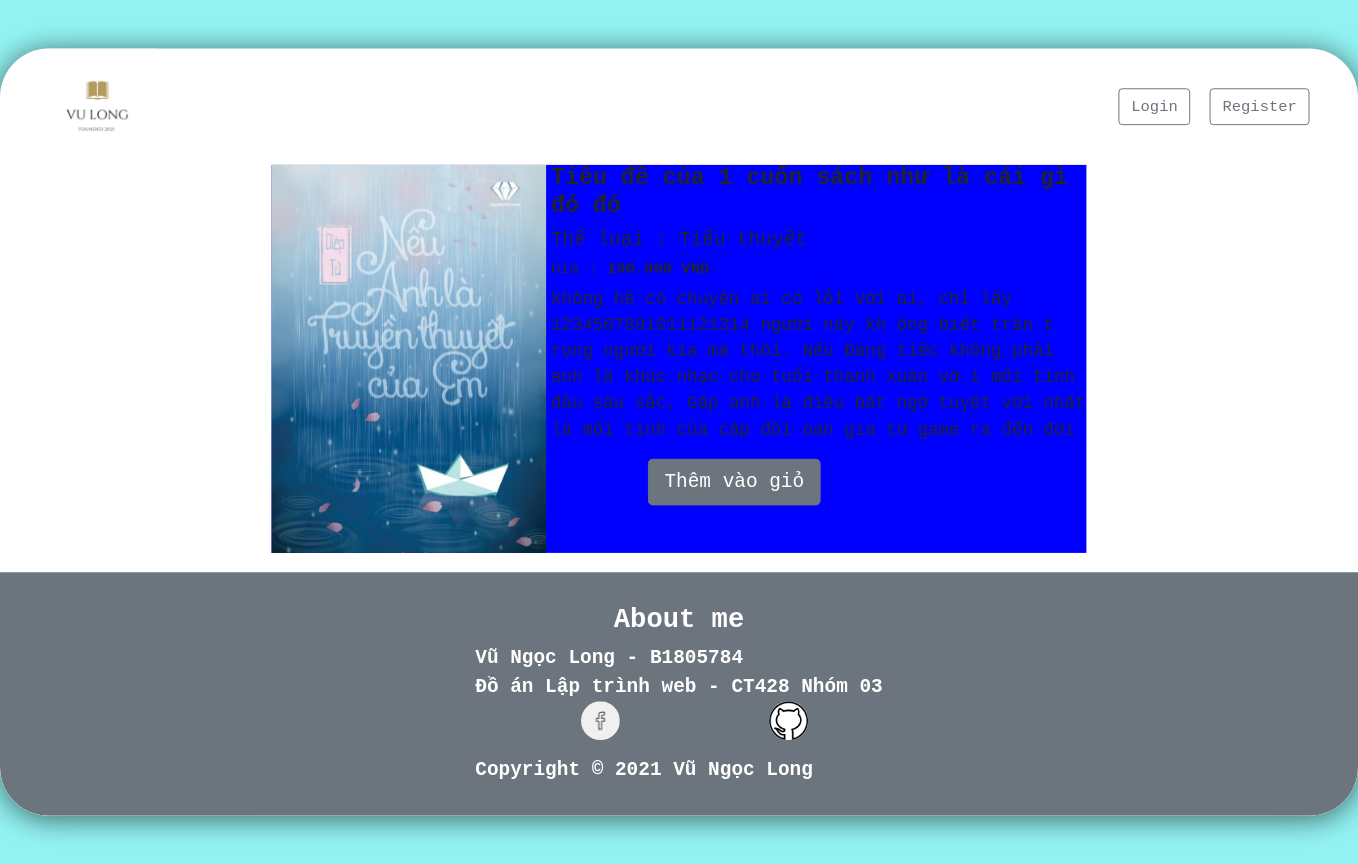
Repository: VuNgocLong2626/exercise_web_CT428
Page: VuNgocLongB1805784/user/chitiet.html
These files come from the project's save history. The page is drawn as it stood at one moment and after the next save; the edit follows.
The browser window is 1280 px wide. The page is 1400 px wide, so the pictures cover 1400 px, including what lies to the right of the window. The pictures show the whole page, at 97% of full size.

Above is the page before, as saved 2021-10-04 20:25:14.

### VuNgocLongB1805784/user/chitiet.html
<!DOCTYPE html>
<html lang="en">
<head>
    <meta charset="UTF-8">
    <meta http-equiv="X-UA-Compatible" content="IE=edge">
    <meta name="viewport" content="width=device-width, initial-scale=1.0">
    <link href="https://cdn.jsdelivr.net/npm/bootstrap@5.0.2/dist/css/bootstrap.min.css" rel="stylesheet" integrity="sha384-EVSTQN3/azprG1Anm3QDgpJLIm9Nao0Yz1ztcQTwFspd3yD65VohhpuuCOmLASjC" crossorigin="anonymous">
    <link rel="stylesheet" href="./css/test.css">
    <title>Chi Tiết Sản Phẩm</title>
</head>
<body>
    <div class="main-contens">
        <div class="header">
            <img src="./image/logo120.png" alt="hinh logo" style="margin-left: 40px;">
            <div class="from-individual">
                <button type="button" class="btn btn-outline-secondary" style="margin-right: 20px;">Login</button>
                <button type="button" class="btn btn-outline-secondary">Register</button>
            </div>
        </div>

        <div style="width: 60%;background-color: blue;" class="from-detail">
            <div class="row">
                <div class="col-4">
                    <img src="./image/TT1.jpg" alt="" style="height: 400px;">
                </div>
                <div class="col-8">
                    <h4 style="font-weight: bold;">Tiêu đề của 1 cuốn sách như là cái gì đó đó</h4>
                    <h5>Thể loại : Tiểu thuyết</h5>
                    <h6>Giá : <b>190.000 VND</b></h6>
                    <p style="font-size: 18px;">không hề có chuyện ai có lỗi với ai, chỉ lấy 1234567891011121314 người này kh
                        ông biết trân t rọng người kia mà thôi. Nếu Đáng tiếc không phải anh là khúc nhạc cho tuổi thanh xuân vớ
                        i mối tình đầu sâu sắc, Gặp anh là điều bất ngờ tuyệt vời nhất là mối tình của cặp đôi oan gia từ game ra đến đời
                    </p>
                    <a href="#" class="btn btn-secondary btn-lg" style="margin-left: 100px;">Thêm vào giỏ</a>
                </div>
            </div>
        </div>

        <footer>
            <h3 style="font-weight: bold;">About me</h3>
            <div class=>
                <div>Vũ Ngọc Long - B1805784
                    <br>
                    Đồ án Lập trình web - CT428 Nhóm 03
                </div>
                <ul style="list-style: none; display: flex;">
                    <li><a href="#" target="_blank"><img src="./image/fb.png" alt="Github icon" style="width: 40px;height: 40px; border-radius: 200px;"></a></li>
                    <li><a href="#" target="_blank"><img src="./image/github.png" alt="Linked icon" style="width: 40px;height: 40px; border-radius: 200px;"></a></li>
                </ul>
                <div>
                    Copyright © 2021 Vũ Ngọc Long
                </div>
            </div>
        </footer>
    </div>
</body>
</html>

### VuNgocLongB1805784/user/css/test.css
* {
    margin: 0;
    padding: 0;
    box-sizing: border-box;
  }

body{
    font-family: 'Courier New', Courier, monospace;
    /* font-family: 'Times New Roman', Times, serif; */
    background-color: rgb(147, 243, 243);
}

.main-contens{
    overflow: auto;
    display: block;
    width: 1400px;
    height: 100%;
    background-color: white;
    margin: 50px auto;
    border-radius: 50px;
    box-shadow:0 3px 30px 0 rgba(0, 0, 0, 0.6);
}

/* header{
    z-index: 1200;
    position: -webkit-sticky;
    position: sticky;
    background-color: red;
    width: 100%;
    height: 100px;
} */

.header{

    position: -webkit-sticky;
    position: sticky;
    height: 120px;
    width: 100%;
    /* background-color: brown;  */
    z-index: 3333;
    justify-content: space-between;
    display: flex;
    align-items: center;
    left: 0;
    top: 0;
}

.from-individual{
    justify-content: flex-end;
    display: flex;
    margin-right: 50px;
}

/* .fa{
    display: inline-block;
    font: normal normal normal 14px/1 FontAwesome;
    text-rendering: auto;
    -webkit-font-smoothing: antialiased;
}

.fa-login{
    content: "\f090";
} */

.login{
    padding: 10px;
}

.register{
    padding: 10px;
}

.main-contens .baner{
    display: flexbox;
    margin: auto;
    /* background: violet; */
    background-image: none;
    background-repeat: no-repeat;
    background-position: center center;
    background-size: cover;
    width: 95%;
    height: 484px;
    margin: auto;
    margin-top: 20px;

}
.baner img{
    box-shadow:0 3px 20px 0 rgba(0, 0, 0, 0.6);
    border-radius: 100px;
    display: block;
    width: 100%;
    height: 474px;
}


.selling-products{
    overflow: auto;
    margin-top: 20px;
    /*  background-color: lawngreen; */
    width: 100%;
    height: 450px;
    /* display: flex; */
}

.selling-products .selling{
    width: 47%;
    height: 320px;
    overflow: auto;
    background-color: #f1f1f1;
    margin: 10px auto;
    box-shadow:0 3px 10px 0 rgba(0, 0, 0, 0.6);
    border-radius: 20px;
    /* padding: 20px; */
    /* font-size: 30px; */
}

.row-style{
    width: 658px;
    height: 320px;
}

.selling-products .title{
    display: block;
    width: 100%;
    height: 15%;
    /* background-color: #f1f1f1; */
    margin: 10px auto;
    padding-left: 40px;
    font-size: 35px;
    font-weight: bold;
    color: #6c757d;

}

.information-hot{
    display: flex;
    width: 100%;
    height: 350px;
}

.title-hot{
    margin: 20px 0;
    font-size: 20px;
    font-weight: bold;
}

.content-hot{
    height: 210px;
    width: 360px;
    overflow: auto;
}

.btn-hot{
    margin: 0 60px;
    font-size: 18px;
    width: 200px;
}

.all-products{
    overflow: auto;
    margin-top: 40px;
    /* background-color: red; */
    width: 100%;
    height: 1500px;
}

.all-products nav{
    overflow: auto;
    margin-top: 10px;
    width: 100%;
    height: 50px;
    /* background-color: rgb(52, 226, 12); */
    display: flex;
    justify-content: center;
}

nav > button{
    margin: 0 20px;
}

.all-products .products{
    /* display: flexbox; */
    overflow: auto;
    width: 100%;
    height: 1400px;
    /* background-color: gold; */
    /* justify-items: center;
    align-content: center; */
    padding-left: 60px;
}

.books{
    overflow: auto;
    float: left;
    width: 22%;
    height: 420px;
    background-color: #f1f1f1;
    margin: 13px 13px;
    border-radius: 20px;
}

.books:hover{
    box-shadow:0 3px 10px 0 rgba(0, 0, 0, 0.6);
    border-radius: 20px;
}

footer{
    height: 251px;
    border-radius: 0 0 50px 50px;
    width: 100%;
    background-color: #6c757d;
    margin-top: 20px;
    padding: 30px 0;
    display: flex;
    flex-direction: column;
    justify-content: center;
    align-items: center;
    color: white;
    font-size: 20px;
    font-weight: bold;
}

footer li{
    margin: auto;
}

.from-detail{
    margin: auto;
}

After the next save:
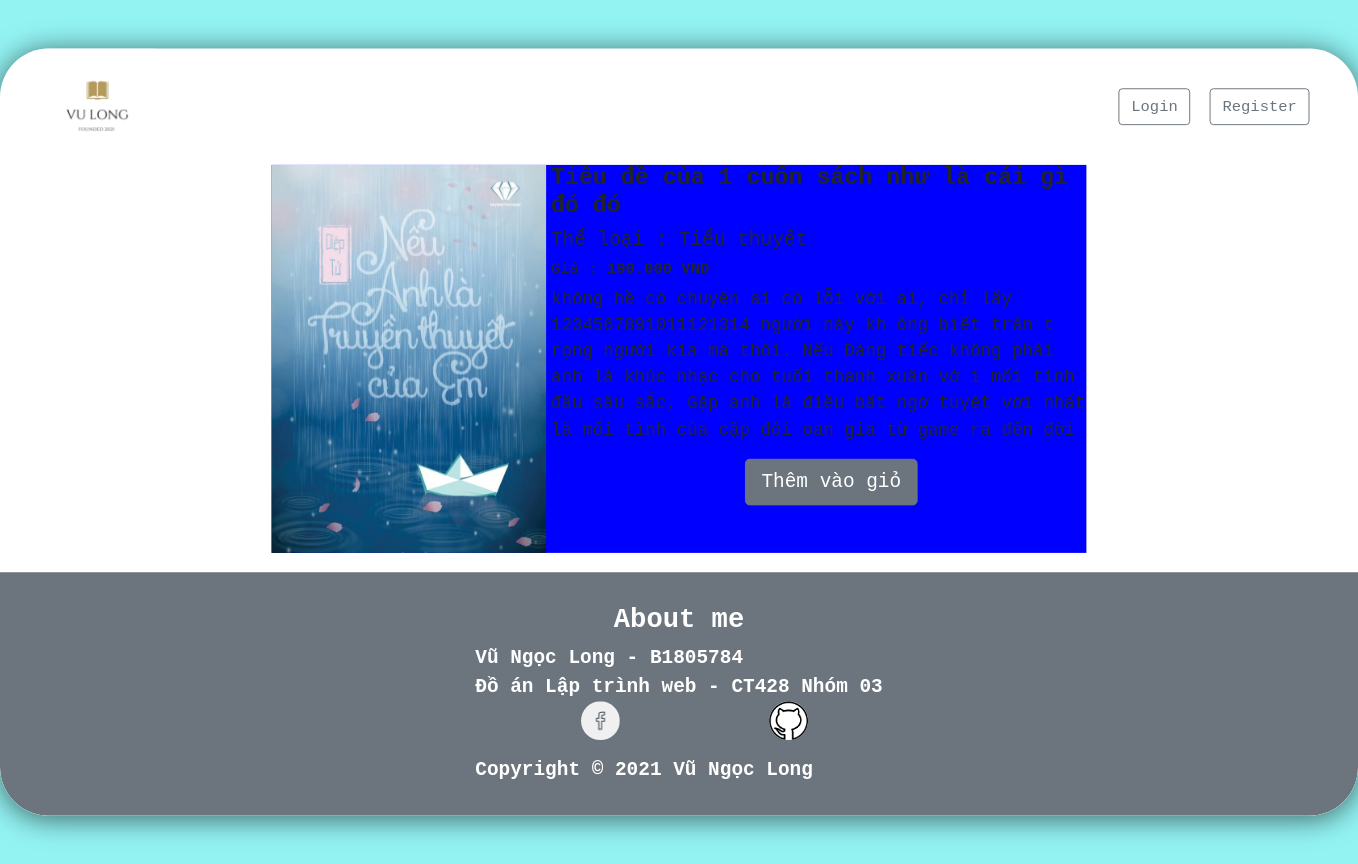
Saved 5 s later.
--- a/VuNgocLongB1805784/user/chitiet.html
+++ b/VuNgocLongB1805784/user/chitiet.html
@@ -31,7 +31,7 @@
                         ông biết trân t rọng người kia mà thôi. Nếu Đáng tiếc không phải anh là khúc nhạc cho tuổi thanh xuân vớ
                         i mối tình đầu sâu sắc, Gặp anh là điều bất ngờ tuyệt vời nhất là mối tình của cặp đôi oan gia từ game ra đến đời
                     </p>
-                    <a href="#" class="btn btn-secondary btn-lg" style="margin-left: 100px;">Thêm vào giỏ</a>
+                    <a href="#" class="btn btn-secondary btn-lg" style="margin-left: 200px;">Thêm vào giỏ</a>
                 </div>
             </div>
         </div>
